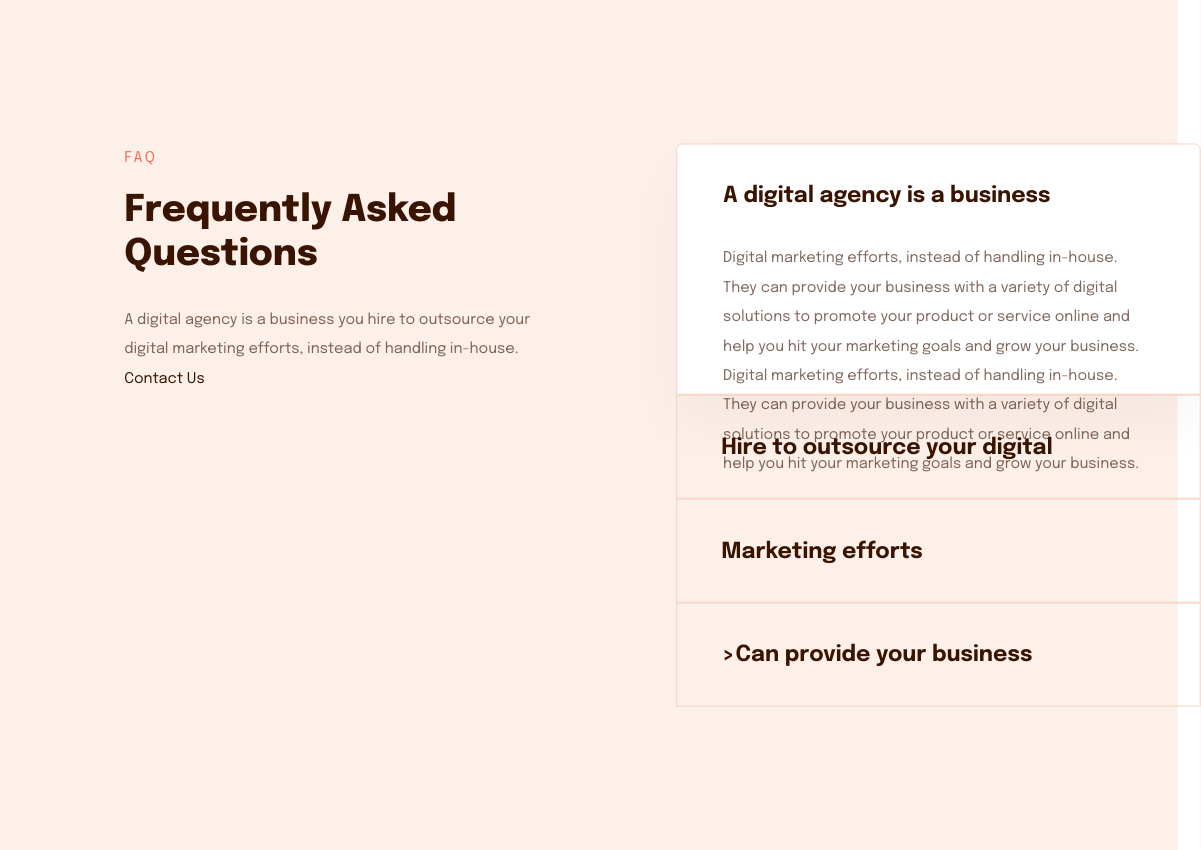
Repository: MehdiKerimov/Figma-task-10
Page: pages/faq/index.html
An editor plug-in stored every save of this project. The page is shown before and after the next save, followed by the edit.
The browser window is 1280 px wide. The page is 1305 px wide, so the pictures cover 1305 px, including what lies to the right of the window. The pictures show the whole page, at 92% of full size.

Above is the page before, as saved 2023-09-09 15:33:14.

### pages/faq/index.html
<!DOCTYPE html>
<html lang="en">
  <head>
    <meta charset="UTF-8" />
    <meta name="viewport" content="width=device-width, initial-scale=1.0" />
    <title>Document</title>
    <link rel="stylesheet" href="index.css" />
  </head>
  <body>
    <div class="container">
      <div class="text-box">
        <h1>Faq</h1>
        <h2>Frequently Asked Questions</h2>
        <p>
          A digital agency is a business you hire to outsource your digital
          marketing efforts, instead of handling in-house.
        </p>
        <a href="#">Contact Us</a>
      </div>

      <ul>
        <li class="li-1">
          <h3>A digital agency is a business</h3>
          <p>
            Digital marketing efforts, instead of handling in-house. They can
            provide your business with a variety of digital solutions to promote
            your product or service online and help you hit your marketing goals
            and grow your business.
            Digital marketing efforts, instead of handling in-house. They can
            provide your business with a variety of digital solutions to promote
            your product or service online and help you hit your marketing goals
            and grow your business.
          </p>
        </li>
        <li><h3>Hire to outsource your digital</h3></li>
        <li><h3>Marketing efforts</h3></li>
        <li><h3>>Can provide your business</h3></li>
      </ul>
    </div>
  </body>
</html>

### pages/faq/index.css
@import url("https://fonts.googleapis.com/css2?family=Epilogue:wght@400;700;800&display=swap");
* {
  padding: 0;
  margin: 0;
  box-sizing: border-box;
}
.container {
  display: flex;
  padding: 156px 135px;
  min-height: 100vh;
  background-color: #fdf0e9;
}
.text-box {
  margin-right: 130px;
}
.container .text-box h1 {
  color: var(--Text_Dark_Accent, #ef6d58);
  font-feature-settings: "clig" off, "liga" off;
  font-family: Epilogue;
  font-size: 16px;
  font-style: normal;
  font-weight: 400;
  line-height: 32px;
  letter-spacing: 3px;
  text-transform: uppercase;
}
.container .text-box h2 {
  margin-top: 17px;
  width: 371px;
  color: var(--Text_Dark, #391400);
  font-feature-settings: "clig" off, "liga" off;
  font-family: Epilogue;
  font-size: 40px;
  font-style: normal;
  font-weight: 800;
  line-height: 48px;
}
.container .text-box p {
  width: 470px;
  margin-top: 31px;
  color: var(--Text_Dark_Gray, rgba(57, 20, 0, 0.64));
  font-feature-settings: "clig" off, "liga" off;
  font-family: Epilogue;
  font-size: 16px;
  font-style: normal;
  font-weight: 400;
  line-height: 32px;
}
.container .text-box a {
  text-decoration: none;
  margin-top: 29px;
  color: var(--Text_Dark, #391400);
  font-feature-settings: "clig" off, "liga" off;
  font-family: Epilogue;
  font-size: 16px;
  font-style: normal;
  font-weight: 400;
  line-height: 32px;
}
.container ul li {
  padding: 41px 0 38px 48px;
  width: 570px;

  border: 1px solid #f3d1bf;
  list-style-type: none;
}
.container ul .li-1 {
  padding: 41px 50px 43px 50px;
  width: 570px;
  height: 273px;
  border-radius: 6px 6px 0px 0px;
  border: 1px solid #f3d1bf;
  background: #fff;
  box-shadow: 0px 32px 64px 0px rgba(57, 20, 0, 0.04);
}
.container ul .li-1 h3 {
  color: var(--Text_Dark, #391400);
  font-feature-settings: "clig" off, "liga" off;
  font-family: Epilogue;
  font-size: 24px;
  font-style: normal;
  font-weight: 700;
  line-height: 32px;
}
.container ul .li-1 p {
  margin-top: 35px;
  color: var(--Text_Dark_Gray, rgba(57, 20, 0, 0.64));
  font-feature-settings: "clig" off, "liga" off;
  font-family: Epilogue;
  font-size: 16px;
  font-style: normal;
  font-weight: 400;
  line-height: 32px;
}
.container ul li h3 {
  color: var(--Text_Dark, #391400);
  font-feature-settings: "clig" off, "liga" off;
  font-family: Epilogue;
  font-size: 24px;
  font-style: normal;
  font-weight: 700;
  line-height: 32px;
}

After the next save:
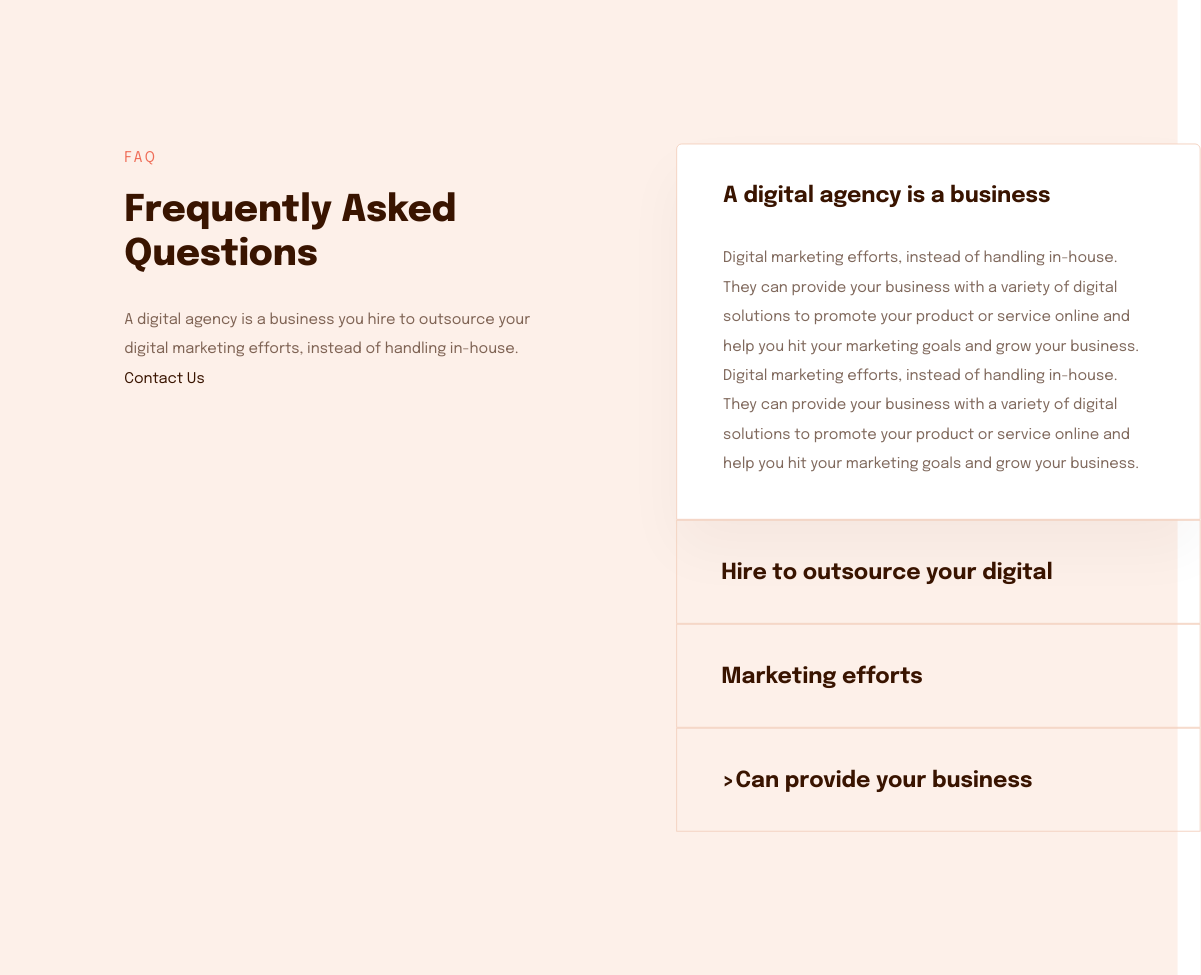
Saved 18 s later.
--- a/pages/faq/index.css
+++ b/pages/faq/index.css
@@ -67,7 +67,7 @@
 .container ul .li-1 {
   padding: 41px 50px 43px 50px;
   width: 570px;
-  height: 273px;
+
   border-radius: 6px 6px 0px 0px;
   border: 1px solid #f3d1bf;
   background: #fff;
